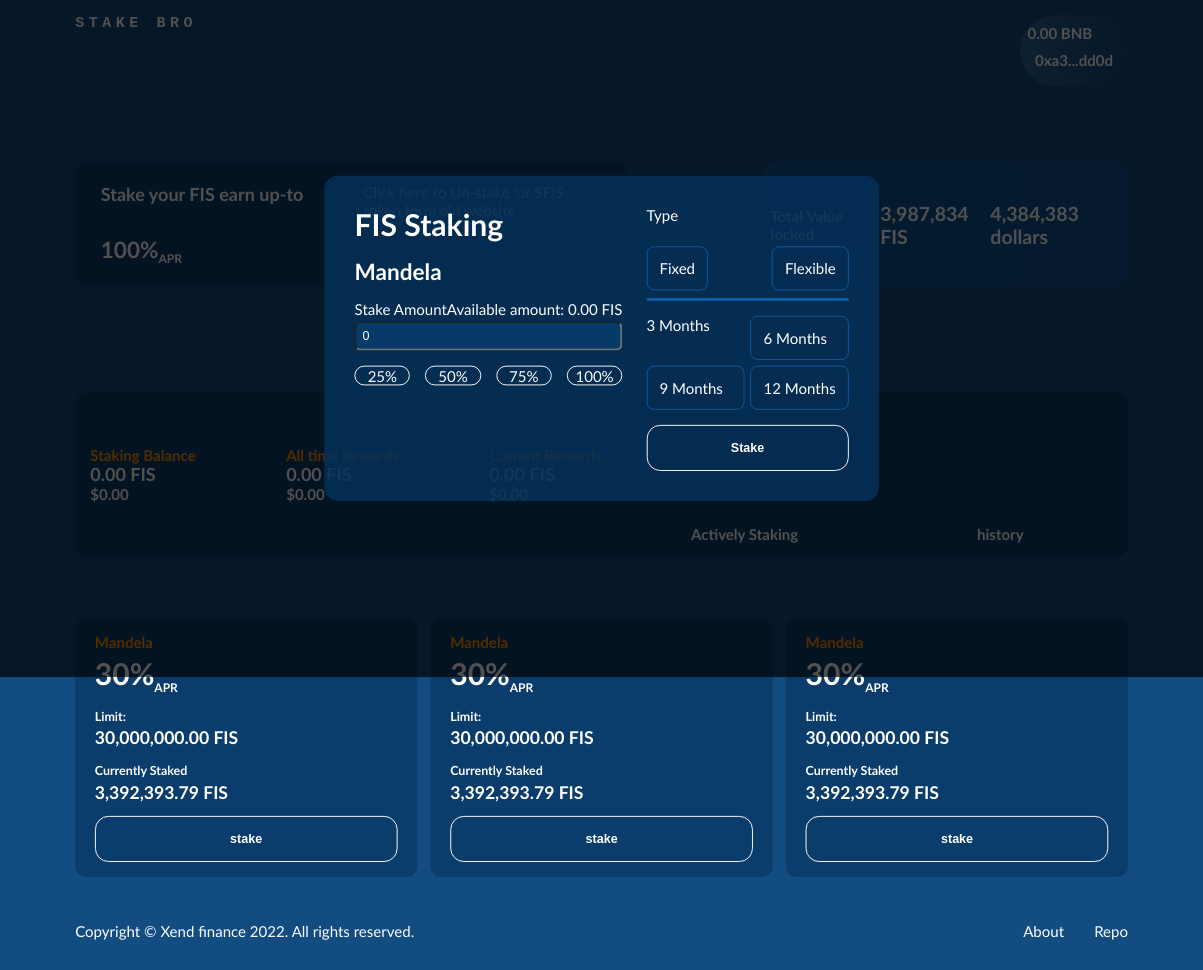
Repository: NorVirae/Stake
Page: /, after clicking the first element matching `button.stake-button`
An editor plug-in stored every save of this project. The page is shown before and after a run of saves, followed by the edit.
The browser window is 1280 px wide. The pictures show the whole page, at 94% of full size.
The project was rebuilt for these pictures with package versions that can differ from the ones it lists, and the page was loaded fresh each time.

Above is the page before, as saved 2022-04-18 19:57:58.

### src/App.tsx
import React, { useState } from 'react';
import AccountInfoCard from './components/cards/account-info-card';
import AprCard from './components/cards/apr-card';
import StakeModal from './components/modals/stake-modal';
import './styles/app.css'

function App() {
  const [isWalletConnected, setIsWalletConnected] = useState(false)
  const [showModal, setShowModal] = useState(false)

  return (
    <div className="stake-container">

      {showModal && <StakeModal showModal={showModal} setShowModal={setShowModal}/>}
      <header>
        <nav>
            <a href='logo' className='logo'>Stake Bro</a>
            <ul>
              {
                isWalletConnected?
                  <li className='connect-wallet-btn'>Connect Wallet</li>:
                  <li className='connect-wallet-btn'>0.00 BNB
                    <li className='connect-wallet-btn'>0xa3...dd0d</li>
                </li>
                }

            </ul>
        </nav>
      </header>



      <main>
        <section className='info-global'>
          <div className='info-main'>
            <div className='inner-container-left'>
              <h1 className='earn-text'> Stake your FIS earn up-to</h1>
              <h1>100%<sub className='sub'>APR</sub></h1>

            </div>

            <div className='inner-container-right'>
              <p>Click here to Un-stake 'ur $FIS token form old website</p>
              {/* <span>{"=>"}</span> */}
            </div>
          </div>

          <div className='public-stake-info'>
            <h3 className='total-locked'>Total Value locked</h3>
            <h1 className='total-locked-token'>3,987,834 FIS</h1>
            <h2 className='total-locked-dollars'>4,384,383 dollars</h2>

          </div>

        </section>

        <section className='connection-info'>
          {
          isWalletConnected?
          <div className={'connection-container-user'}>
            <div className='connection-info-text'>No Wallet connected</div>
            <div> Connect wallet to see your balance</div>
          </div>
          :
          <>
          <div className='user-stake-info-container'>
            <AccountInfoCard title='Staking Balance' token='0.00' dollarEquiv='0.00'/>

            <AccountInfoCard title='All time Rewards' token='0.00' dollarEquiv='0.00'/>


            <AccountInfoCard title='Current Rewards' token='0.00' dollarEquiv='0.00'/>


          </div>

          <div className='info-redirect'>
            <h1>Actively Staking </h1>
            <h1>history </h1>

          </div>

          </>
          }
        </section>

        <section className='reward'>
          <AprCard stakeAction={setShowModal}/>
          <AprCard stakeAction={setShowModal}/>
          <AprCard stakeAction={setShowModal}/>
        </section>

      </main>

      <footer>
        <div className='copyright-info'>
          Copyright &copy; Xend finance 2022. All rights reserved.
        </div>
        <ul>
          <li>About</li>
          <li>Repo</li>

        </ul>
      </footer>

    </div>
  );
}

export default App;

### src/components/cards/account-info-card.tsx
import React from 'react';

interface StakeInfoParams {
    title:string,
    token:string,
    dollarEquiv:string
}

const AccountInfoCard:React.FC<StakeInfoParams> = ({title, token, dollarEquiv}) => {
    return <div className='user-stake-info'>
                <h2 className='staking-balance'>{title}</h2>
                <h1 className='token-balance-fis'>{token} FIS</h1>
                <h2 className='token-balance-dollars'>${dollarEquiv}</h2>
            </div>
}

export default AccountInfoCard;

### src/components/cards/apr-card.tsx
import React, { useState } from "react";

interface AprCardInterface{
    stakeAction:any
}

const AprCard:React.FC<AprCardInterface> = ({stakeAction})=>{
    const [isWalletConnected, setIsWalletConnected] = useState(false)
    return <div className='apr-card'>
                <div className='mandela-container'>
                    <h4 className="mandela">Mandela</h4>
                    <h1 className="apr-announce">30%<sub className="sub">APR</sub></h1>
                </div>


                <div className='limit-container'>
                    <h5>Limit:</h5>
                    <h3>30,000,000.00 FIS</h3>
                </div>

                <div className='current-container'>
                    <h5>Currently Staked</h5>
                    <h3>3,392,393.79 FIS</h3>
                </div>

                {isWalletConnected?<button className="stake-button">No wallet connected</button>:
                <button onClick = {e=>stakeAction(true)}
                className="stake-button">stake</button>}

        </div>
}

export default AprCard;

### src/components/modals/stake-modal.tsx
import React, { useState } from 'react';


interface StakeModalInterface{
    setShowModal?:any,
    showModal:boolean
}

const StakeModal:React.FC<StakeModalInterface> = ({setShowModal, showModal}) => {

    const [amountToStake, setAmountToStake] = useState(0)
    const [type, setType] = useState('flexible')
    const [duration, setDuraton] = useState(0)
    return <div onClick={e=>setShowModal(false)} className='stake-modal-container'>

                <div onClick={e=>null} className='stake-modal'>
                    <div className='stake-inner-left'>
                        <h1>FIS Staking</h1>

                        <h2> Mandela</h2>

                        <form>
                            <fieldset className='form-group'>

                                <label className='form-label'><span>Stake Amount </span> <span>Available amount: 0.00 FIS</span></label>
                                <input value={amountToStake} className='form-input'/>

                            </fieldset>
                        </form>

                        <div className='percentage-container'>

                            <div className='btn-percentage'>
                                25%

                            </div>

                            <div className='btn-percentage'>
                                50%

                            </div>

                            <div className='btn-percentage'>
                                75%

                            </div>

                            <div className='btn-percentage'>
                                100%

                            </div>
                        </div>

                        <div className='stake-type'>

                        </div>

                    </div>

                    <div className='stake-inner-right'>

                        <div className='type-title'>Type</div>
                        <div className='type-btn-container'>
                            <div className='btn-type'>
                                    Fixed
                            </div>

                            <div className='btn-type'>
                                    Flexible
                            </div>
                        </div>

                        <div className='duration-container'>

                            <div className={'duration-btn' + duration === 0?" duration-btn-active": " "}>
                                3 Months
                            </div>

                            <div className={'duration-btn'}>
                                6 Months
                            </div>


                            <div className={'duration-btn'}>
                                9 Months
                            </div>

                            <div className={'duration-btn'}>
                                12 Months
                            </div>

                        </div>

                        <button className='stake-button'>Stake</button>
                    </div>

                </div>

            </div>


}
export default StakeModal;

### src/styles/app.css
*{
    padding: 0;
    margin: 0;

}

::-webkit-scrollbar{
    background-color: #134C81;
    width: .4rem;
}

::-webkit-scrollbar-thumb{
    background-color: #0c5ba5;
}

img {
    width: 100%;
}

li {
    list-style-type: none;
}

body{
    background-color: #134C81;
    color: #ffff;
    font-family:'Trebuchet MS', 'Lucida Sans Unicode', 'Lucida Grande', 'Lucida Sans', Arial, sans-serif;
}
.stake-container {
    max-width: 70rem;
    margin:auto;
    display: flex;
    flex-direction: column;
    gap: 1rem;
}


nav {
    display:  flex;
    justify-content: space-between;
    padding: 1rem 0;
    position: sticky;
    top:0;
}

main {
    display: flex;
    flex-direction: column;
    gap:4rem;
}
.logo {
    text-decoration: none;
    font-family: 'Courier New', Courier, monospace;
    font-weight: 900;
    color: #ffff;
    letter-spacing: .3rem;
    text-transform: uppercase;
}

.connect-wallet-btn{
    padding: .6rem .5rem;
    background-image: linear-gradient(to right, #2d6797, #134C81  );
    font-weight: bold;
    border-radius: 3rem;
    transition: background-image .5s ease-in-out;
}

.connect-wallet-btn:hover{
    background-image: linear-gradient(to right, #134C81, #2d6797 );
    cursor: pointer;
    color: rgb(225, 225, 235);

}

.info-global{
    display: flex;
    justify-content: space-between;
    padding: 3rem 0;
    gap: 9rem;
}

.info-main{
    display: flex;
    background-color: #05315a88;
    border-radius: .9rem;
    padding: .5rem .9rem;

}

.inner-container-left, .inner-container-right{

    width: 100%;
    padding: .9rem .8rem;
    border-radius: .9rem;
    display: flex;
    flex-direction: column;
    gap:2rem
}



.earn-text {
    font-size: 1.2rem;
}

.sub{
    font-size: .8rem;
}

.public-stake-info {
    display: flex;
    justify-content: center;
    align-items: center;
    border-radius: .9rem;
    padding: .5rem;
    gap: .4rem;

    background-color: #0c5ba588;

}


.total-locked{
    font-size: 1rem;

}

.total-locked-token{
    font-size: 1.3rem;
}

.total-locked-dollars {
    font-size: 1.3rem;
}


.connection-info{
    display: flex;
    background-color: #05315a88;
    border-radius: .9rem;
    justify-content: center;
    align-items: center;
    height: 20vh;
    padding: 1rem 1rem;

}

.connection-info-text {
    font-size: 1.2rem;
    text-transform: uppercase;
}

.user-stake-info-container{
    display: flex;
    justify-content: space-between;
    width: 100%;
}

.staking-balance{
    font-size: 1rem;
    color: #FF9100;;
}

.token-balance-fis{
    font-size: 1.2rem;
}

.token-balance-dollars{
    font-size: 1rem;
}

.info-redirect{
    width: 100%;
    height: 100%;
    display: flex;
    justify-content: flex-end;
    align-items: flex-end;
    justify-content: space-around;
}

.info-redirect h1 {
    font-size: 1rem;
}

.connection-container-user{
    display: flex;
    flex-direction: column;
    justify-content: center;
    align-items: center;
}


.reward{
    display: flex;
    justify-content: space-between;
    gap: .9rem;
}

.apr-card{
    background-color: #05315a88;
    padding: 1rem 1.3rem;
    border-radius: .7rem;
    display: flex;
    flex-direction: column;
    justify-content: space-around;
    flex: 1;
    gap: .9rem;
}

.mandela-container{
    display: flex;
    flex-direction: column;
    justify-content: space-between;
    gap:.3rem;
}

.mandela{
    font-size: 1rem;
    color: #FF9100;

}

.apr-announce{
    font-size: 2rem;
}

.limit-container{
    display: flex;
    flex-direction: column;
    justify-content: space-between;
    gap:.3rem;
}

.current-container{
    display: flex;
    flex-direction: column;
    justify-content: space-between;
    gap:.3rem;
}

.stake-button{
    border-radius: .9rem;
    border: .1px solid white;
    background-color: transparent;
    padding: 1rem .6rem;
    color: #fff;
    font-weight: bold;
    transition: color .4s ease-in-out, border .4s ease-in-out;

}

.stake-button:hover{
    cursor: pointer;
    color: #FF9100;
    border: .1px solid #FF9100;

}

footer{
    display: flex;
    justify-content: space-between;
    padding: 2rem 0;

}
.copyright-info{
    display: flex;
}

footer ul{
    display: flex;
    gap: 2rem;
}


/* Stake Modal */
.stake-modal-container{
    z-index: 9;
    background-color: rgba(0, 0, 0, 0.685);
    position: fixed;
    width: 100vw;
    height: 100vh;
    top: 0%;
    left: 0%;
    display: flex;
    justify-content: center;
    align-items: center;

}

.stake-modal-container:hover{
    cursor: pointer;
}

.stake-modal{
    display: flex;
    background-color: #05315ad2;
    padding: 2rem;
    border-radius: .9rem;
    gap: .6rem;
    z-index: 8;
}

.stake-modal:hover{
    border: .2rem solid #05315ad2;
}

.stake-inner-left{
    display: flex;
    flex-direction: column;
    padding-right: 1rem;
    gap: 1rem;
}

.form-group{
    display: flex;
    flex-direction: column;
    border: none;
    gap: .2rem;

}

.form-label{
    display: flex;
    justify-content: space-between;
}

.form-input {
    border-radius: .4rem;
    padding: .4rem;
    background-color: #0c5ba54b;
    color: #fff;
}

.percentage-container{
    display: flex;
    justify-content: space-between;
    gap: 1rem;
}

.btn-percentage{
    border: .1rem solid #fff;
    border-radius: .9rem;
    flex:1;
    display: flex;
    justify-content: center;
    align-items: center;
    transition: background-color .4s ease-in-out, color .4s ease-in-out;
}

.btn-percentage:hover{
    background-color: #fff;
    color: #0c5ba5;
    cursor: pointer;
}

.stake-inner-right{
    display: flex;
    flex-direction: column;
    gap: 1rem;
}

.type-btn-container{
    display: flex;
    gap: .6rem;
    justify-content: space-between;
    padding: .5rem 0;
    border-bottom: .2rem solid #0c5ba5;

}

.btn-type {
    border: .1px solid #0c5ba5;
    padding: .8rem;
    border-radius: .5rem;
}


.duration-btn {
    border: .1px solid #0c5ba5;
    padding: .8rem;
    border-radius: .5rem;
}

.duration-btn:hover {
    border: .2px solid #FF9100;

}

.duration-btn-active {
    border: .2px solid #FF9100;

}

.duration-container{
    display: grid;
    gap: .4rem;
    grid-template-columns: repeat(2, 1fr);
}

Loaded but not shown: public/index.html (common file); src/index.tsx (common file); src/reportWebVitals.ts (common file)

After the next 4 saves:
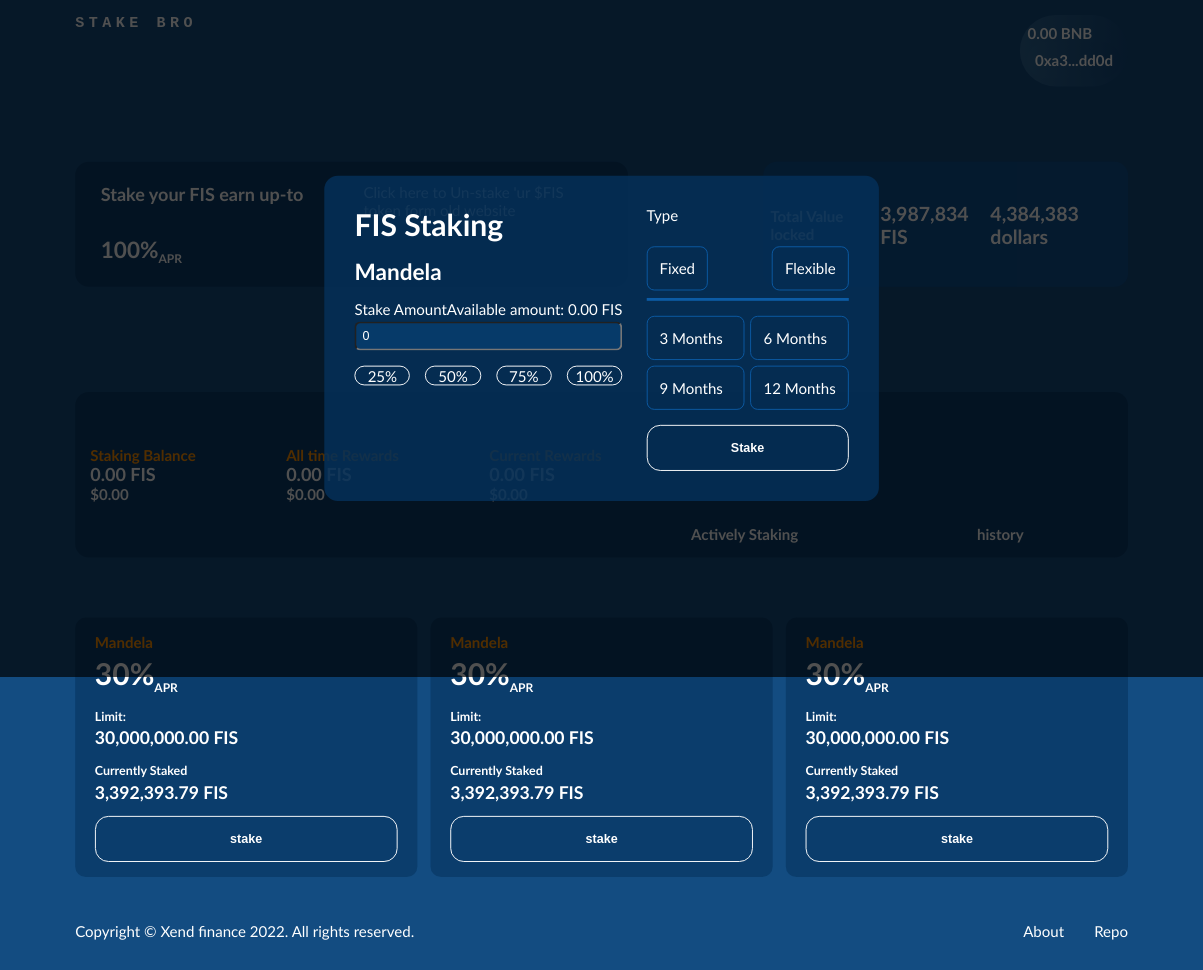
The 4 saves are shown as one change because 1 did not build or start and some came seconds apart.
The last was saved 76 s later.
--- a/src/components/modals/stake-modal.tsx
+++ b/src/components/modals/stake-modal.tsx
@@ -72,7 +72,7 @@ const StakeModal:React.FC<StakeModalInterface> = ({setShowModal, showModal}) =>
 
                         <div className='duration-container'>
 
-                            <div className={'duration-btn' + duration === 0?" duration-btn-active": " "}>
+                            <div className={`duration-btn`}>
                                 3 Months
                             </div>
 
